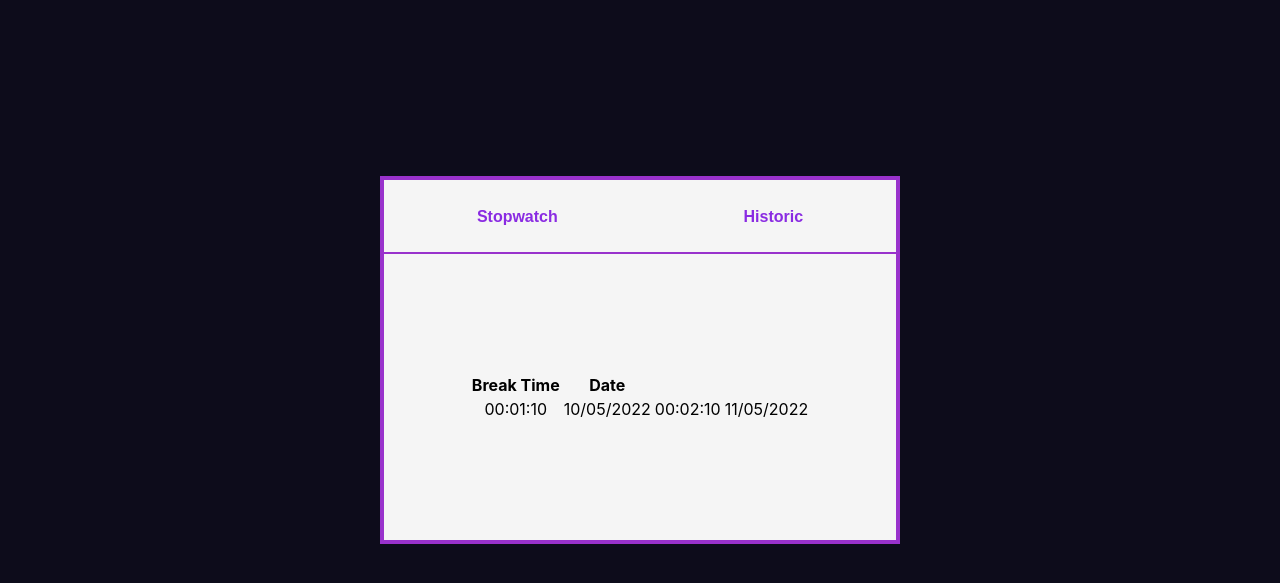
Repository: NicolasRSJ/fastdoubleclick
Page: /
The author's editor kept a copy of each file at every save. The page is drawn from the files as they stood at one save, then again after the next save.
The browser window is 1280 px wide. The pictures show the whole page.
The project was rebuilt for these pictures with package versions that can differ from the ones it lists, and the page was loaded fresh each time. Also part of the build but not shown: src/Views/Stopwatch/Index.jsx.

Above is the page before, as saved 2022-10-28 00:22:46.

After the next save:
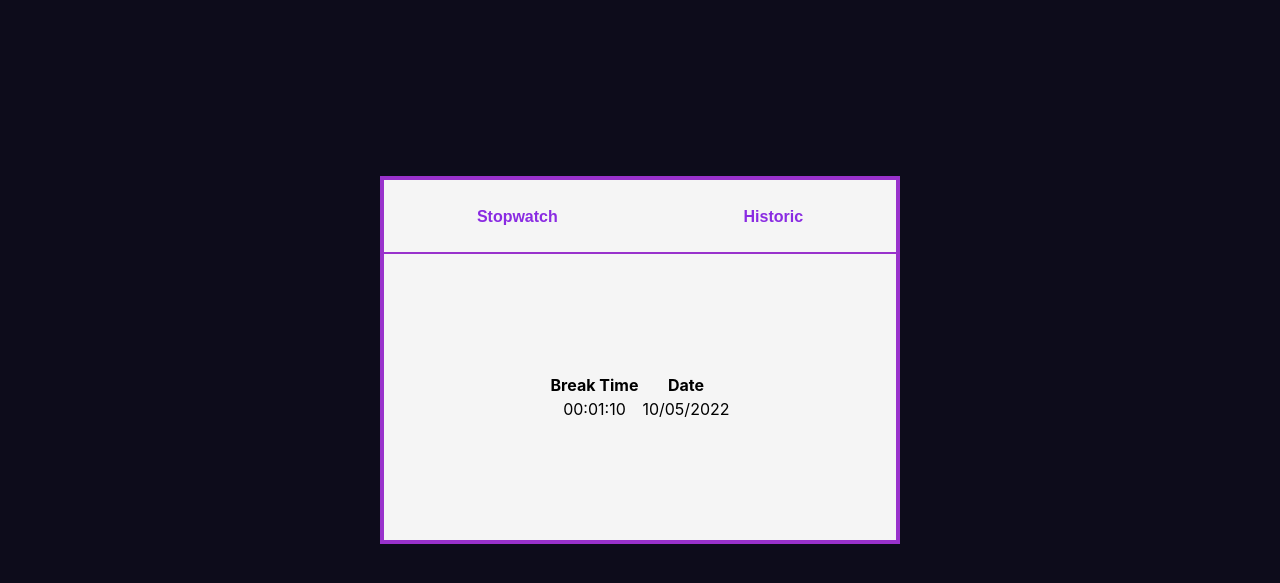
Saved 4 s later.
--- a/src/Views/History/Index.jsx
+++ b/src/Views/History/Index.jsx
@@ -18,8 +18,6 @@ export const Historic = () => {
                 <tbody>
                     <td>00:01:10</td>
                     <td>10/05/2022</td>
-                    <td>00:02:10</td>
-                    <td>11/05/2022</td>
                 </tbody>
             </table>
         </section>
